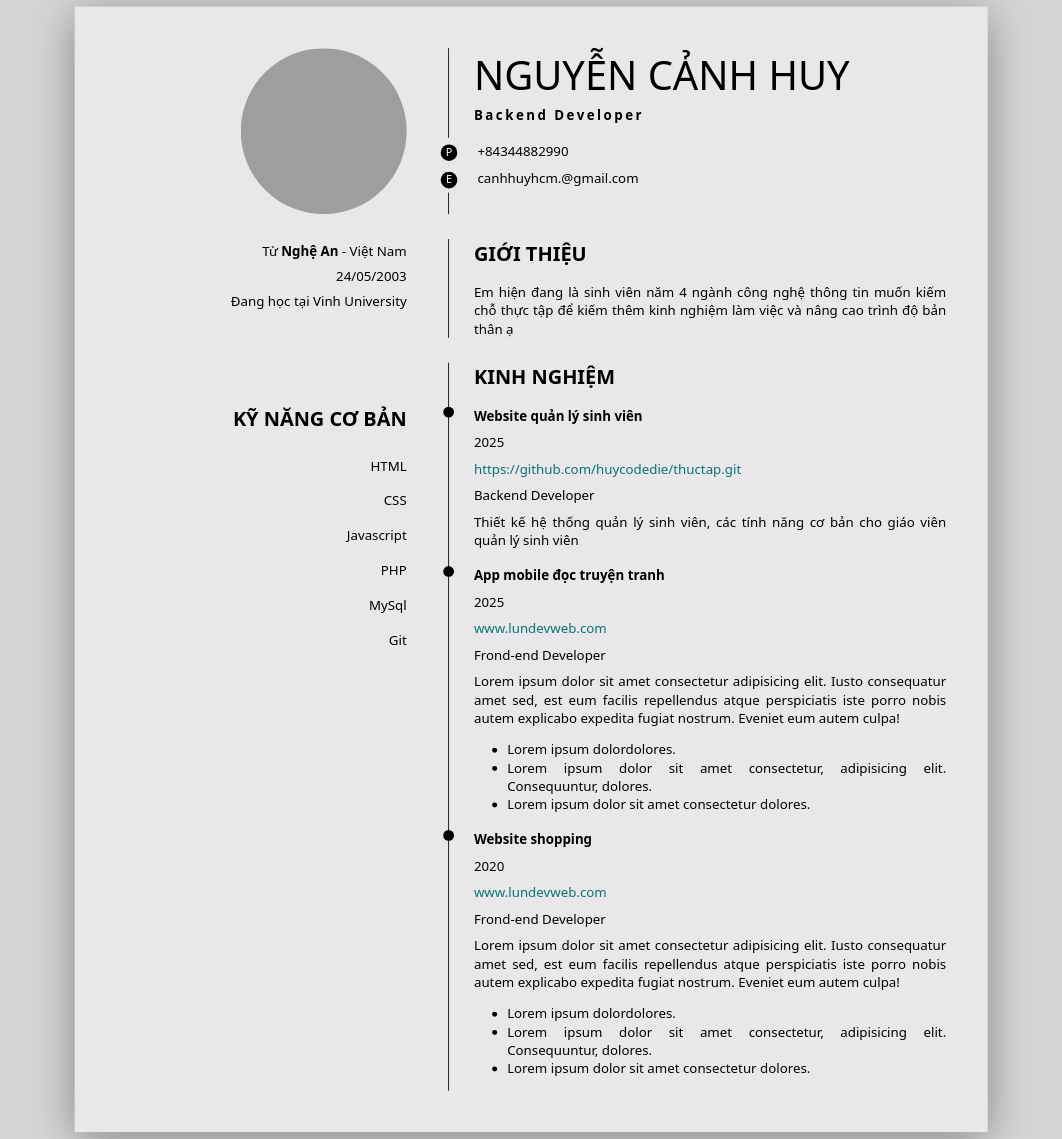
Repository: huycodedie/cv-intern
Page: index.html
The author's editor kept a copy of each file at every save. The page is drawn from the files as they stood at one save, then again after the next save.
The browser window is 1280 px wide. The pictures show the whole page, at 83% of full size.
Pictures or frames that could not be fetched are drawn as grey boxes.

Above is the page before, as saved 2025-07-05 23:39:18.

### index.html

    <!DOCTYPE html>
    <html lang="en">
    <head>
        <meta charset="UTF-8">
        <meta http-equiv="X-UA-Compatible" content="IE=edge">
        <meta name="viewport" content="width=device-width, initial-scale=1.0">
        <title>Document</title>
        <link rel="stylesheet" href="style.css">
        <link rel="stylesheet" href="https://cdnjs.cloudflare.com/ajax/libs/font-awesome/6.2.1/css/all.min.css">
    </head>
    <body>
        <div class="container">
           <div class="avatar">
            <img src="https://i.pinimg.com/564x/eb/57/6f/eb576ff023487bcb1fa3ad61ee7b23ee.jpg" alt="">
           </div>
           <div class="name">
                <h1>NGUYỄN CẢNH HUY</h1>
                <div class="specialize"> Backend Developer</div>
                <ul class="contact">
                    <li>
                        <span>P</span> +84344882990
                    </li>
                    <li>
                        <span>E</span> canhhuyhcm.@gmail.com
                    </li>
                </ul>
           </div>
           <div class="info">
                <ul>
                    <li>Từ <b>Nghệ An</b> - Việt Nam</li>
                    <li>24/05/2003</li>
                    <li>Đang học tại Vinh University</li>
                </ul>
           </div>
           <div class="intro">
            <h2>GIỚI THIỆU</h2>
            Em hiện đang là sinh viên năm 4 ngành công nghệ thông tin muốn kiếm chỗ thực tập để kiếm thêm kinh nghiệm làm việc và nâng cao trình độ bản thân ạ
           </div>
           <div class="experience">
                <h2 class="skills">
                    KỸ NĂNG CƠ BẢN
                </h2>
                <ul>
                    <li>HTML</li>
                    <li>CSS</li>
                    <li>Javascript</li>
                    <li>PHP</li>
                    <li>MySql</li>
                    <li>Git</li>
                </ul>

           </div>
           <div class="project">
            <h2>KINH NGHIỆM</h2>
            <div class="item">
                <h4>Website quản lý sinh viên</h4>
                <div class="time">
                    2025
                </div>
                <div class="web">
                    https://github.com/huycodedie/thuctap.git
                </div>
                <div class="location">
                     Backend Developer
                </div>
                <div class="des">
                    Thiết kế hệ thống quản lý sinh viên, các tính năng cơ bản cho giáo viên quản lý sinh viên
                </div>
            </div>

            <div class="item">
                <h4>App mobile đọc truyện tranh</h4>
                <div class="time">
                    2025
                </div>
                <div class="web">
                    www.lundevweb.com
                </div>
                <div class="location">
                    Frond-end Developer
                </div>
                <div class="des">
                    Lorem ipsum dolor sit amet consectetur adipisicing elit. Iusto consequatur amet sed, est eum facilis repellendus
                    atque perspiciatis iste porro nobis autem explicabo expedita fugiat nostrum. Eveniet eum autem culpa!
                    <ul>
                        <li>Lorem ipsum dolordolores.</li>
                        <li>Lorem ipsum dolor sit amet consectetur, adipisicing elit. Consequuntur, dolores.</li>
                        <li>Lorem ipsum dolor sit amet consectetur dolores.</li>
                    </ul>
                </div>
            </div>

            <div class="item">
                <h4>Website shopping</h4>
                <div class="time">
                    2020
                </div>
                <div class="web">
                    www.lundevweb.com
                </div>
                <div class="location">
                    Frond-end Developer
                </div>
                <div class="des">
                    Lorem ipsum dolor sit amet consectetur adipisicing elit. Iusto consequatur amet sed, est eum facilis repellendus
                    atque perspiciatis iste porro nobis autem explicabo expedita fugiat nostrum. Eveniet eum autem culpa!
                    <ul>
                        <li>Lorem ipsum dolordolores.</li>
                        <li>Lorem ipsum dolor sit amet consectetur, adipisicing elit. Consequuntur, dolores.</li>
                        <li>Lorem ipsum dolor sit amet consectetur dolores.</li>
                    </ul>
                </div>
            </div>
           </div>
        </div>

    </body>
    </html>

### style.css

    body{
        background-color: #D5D5D5;
        font-family: system-ui;
    }
    .container{
        background-color: #E9E7EA;
        width:1000px;
        max-width: 100%;
        margin:auto;
        padding:50px;
        box-shadow: 0 10px 50px #858585;
        display: grid;
       grid-template-columns: 35% 60%;
       column-gap: 5%;
       row-gap: 30px;
    }

    .avatar img{
        width:200px;
        height:200px;
        object-fit: cover;
        border-radius: 50%;
    }
    .avatar{
        display: flex;
        justify-content: end;
        align-items: center;
    }
    .name{
        padding-left: 30px;
        border-left:1px solid #000;
    }
    .name h1{
        font-weight: 300;
        font-size: xxx-large;
        margin:0px 0 5px ;
    }
    .name .specialize{
        margin:0;
        font-weight: bold;
        letter-spacing: 3px;
    }
    .name .contact{
        padding:0;
        list-style: none;
    }
    .name .contact span{
        display: inline-block;
        background-color: #000;
        width:20px;
        height:20px;
        color:#fff;
        text-align: center;
        border-radius: 50%;
        font-size: small;
        margin-right: 20px;
    }
    .name .contact li{
        padding:5px 0;
        transform: translate(-40px);
        background-color: #E9E7EA;
    }
    .info ul{
        padding: 0;
        margin: 0;
        list-style: none;
        text-align: right;
        line-height: 30px;
    }

    h2{
        padding:0;
        margin: 0 0 20px 0;
    }
    .intro{
        padding-left: 30px;
        border-left: 1px solid #000;
        text-align: justify;
    }
    .experience{
        text-align: right;
    }
    .experience h4{
        margin:20px 0 10px;
    }
    .skills{
        margin-top:  50px;
    }
    .experience ul{
        padding:0;
        margin: 0;
    list-style: none;
    }
    .experience li{
        padding:10px 0;
    }
    .project{
        padding-left: 30px;
        text-align: justify;
        border-left: 1px solid #000;
    }
    .project h4{
        margin:20px 0 10px;
    }
    .project .web{
        color: #0c7373;
        padding:10px 0;
    }
    .project .location{
        font-weight: 500;
        padding-bottom:10px;
    }
    .project .item{
        position: relative;
    }
    .project .item::before{
        position: absolute;
        width:13px;
        height: 13px;
        background-color: #000;
        content: '';
        border-radius: 50%;
        left: -37px;
    }

After the next save:
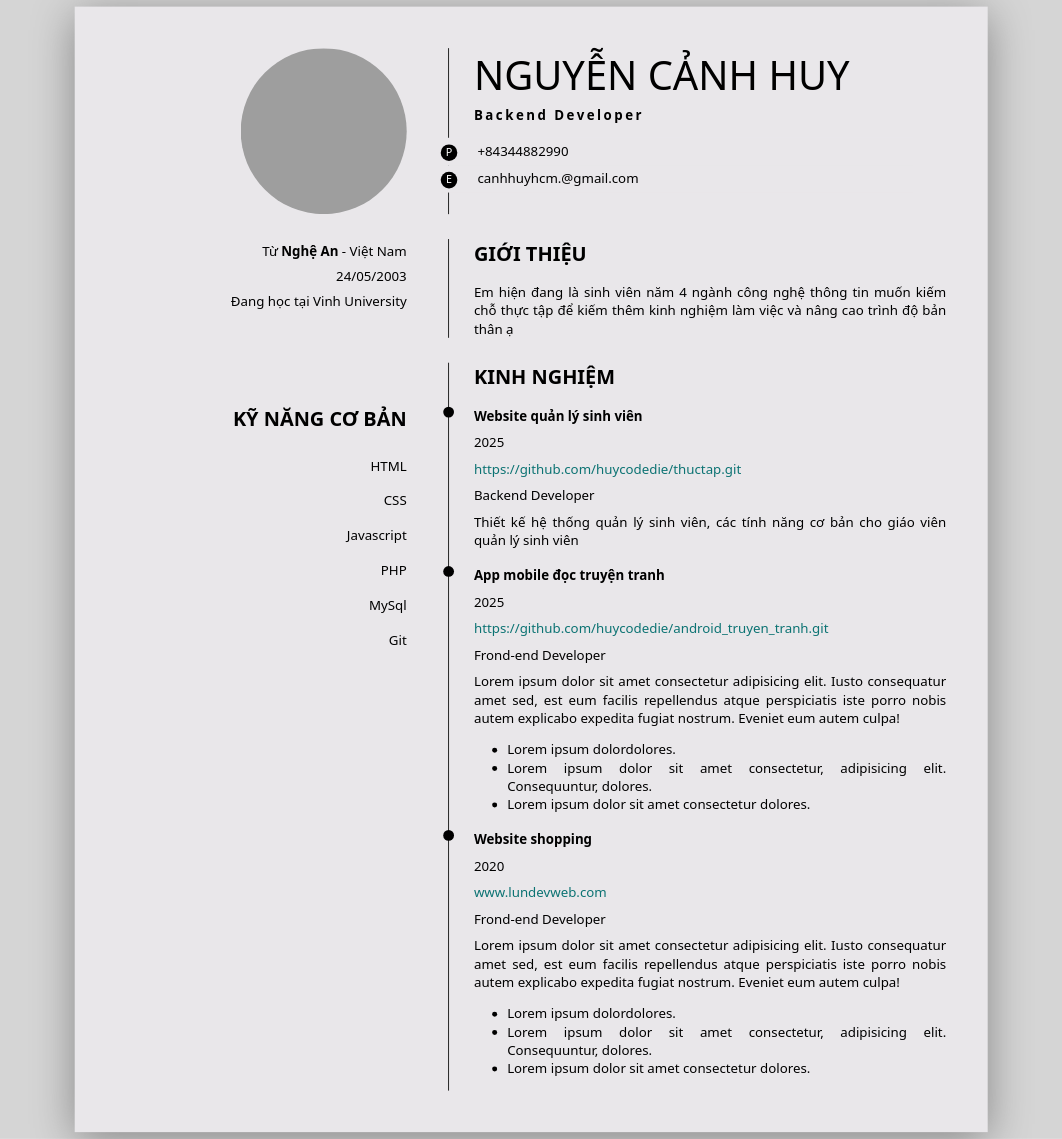
Saved 10 s later.
--- a/index.html
+++ b/index.html
@@ -75,7 +75,7 @@
                     2025
                 </div>
                 <div class="web">
-                    www.lundevweb.com
+                    https://github.com/huycodedie/android_truyen_tranh.git
                 </div>
                 <div class="location">
                     Frond-end Developer
